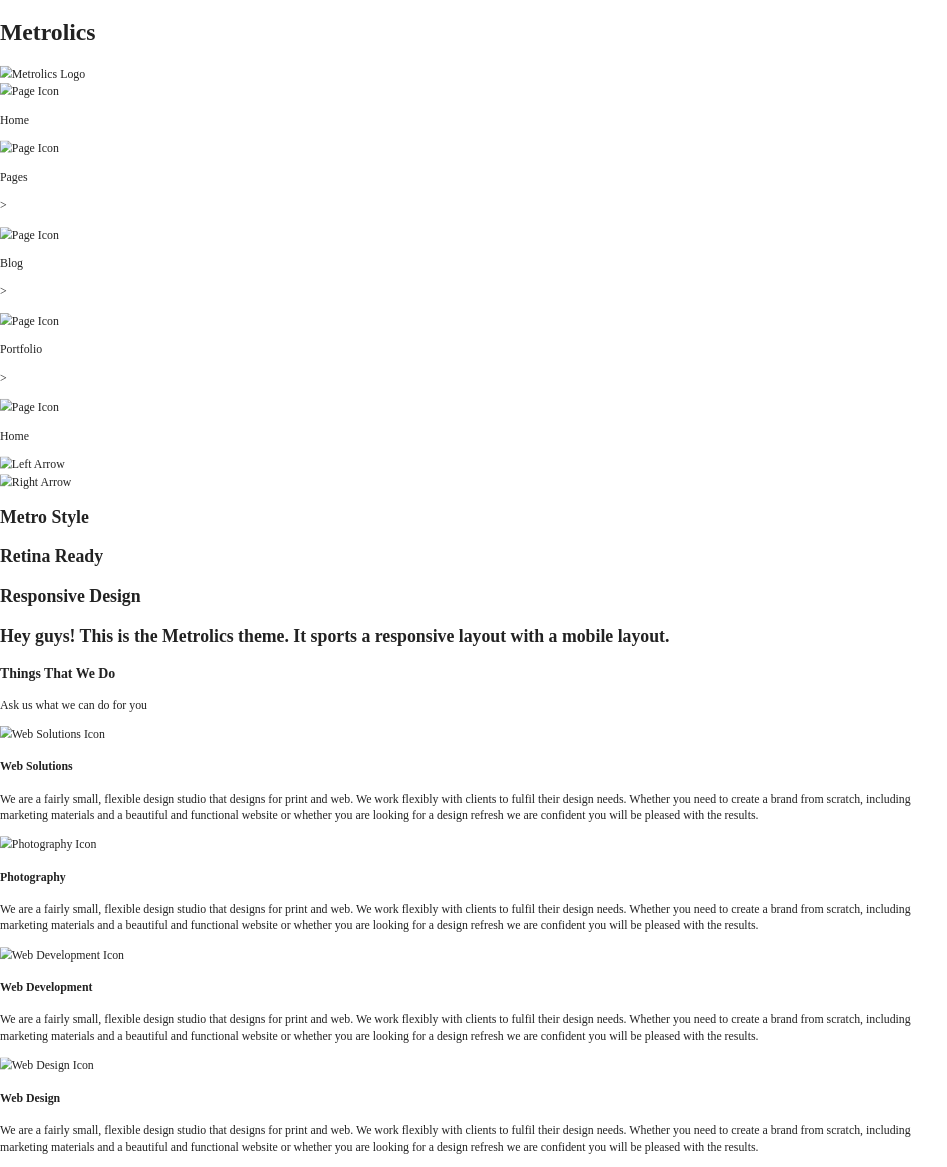
Repository: wilyyy/metrolics
Page: index.html
An editor plug-in stored every save of this project. The page is shown before and after the next save, followed by the edit.
The browser window is 1280 px wide. The pictures show the whole page, at 74% of full size.

Above is the page before, as saved 2021-01-26 23:36:32.

### index.html
<!doctype html>
<html class="no-js" lang="">

<head>
  <meta charset="utf-8">
  <title>Home - Metrolics</title>
  <meta name="description" content="">
  <meta name="viewport" content="width=device-width, initial-scale=1">

  <meta property="og:title" content="">
  <meta property="og:type" content="">
  <meta property="og:url" content="">
  <meta property="og:image" content="">

  <link rel="manifest" href="site.webmanifest">
  <link rel="apple-touch-icon" href="icon.png">
  <!-- Place favicon.ico in the root directory -->

  <link rel="stylesheet" href="css/normalize.css">
  <link rel="stylesheet" href="css/main.css">

  <meta name="theme-color" content="#fafafa">
</head>

<body>

  <nav>
    <div class="logo">
      <h1 class="logo">Metrolics</h1>
      <img src="" alt="Metrolics Logo">
    </div>

    <div class="pages-container">
      <div class="page-button home">
        <img src="" alt="Page Icon" class="page-button-icon">
        <div>
          <p>Home</p>
        </div>
      </div>
      <div class="page-button pages">
        <img src="" alt="Page Icon" class="page-button-icon">
        <div>
          <p>Pages</p>
          <p>></p>
        </div>
      </div>
      <div class="page-button blog">
        <img src="" alt="Page Icon" class="page-button-icon">
        <div>
          <p>Blog</p>
          <p>></p>
        </div>
      </div>
      <div class="page-button portfolio">
        <img src="" alt="Page Icon" class="page-button-icon">
        <div>
          <p>Portfolio</p>
          <p>></p>
        </div>
      </div>
      <div class="page-button home-darkblue">
        <img src="" alt="Page Icon" class="page-button-icon">
        <div>
          <p>Home</p>
        </div>
      </div>
    </div>
  </nav>


  <header>
    <div class="column"></div>

    <div class="hero-image">
      <div class="arrow-containers">
        <div class="arrows">
          <img src="" alt="Left Arrow">
        </div>
        <div class="arrows">
          <img src="" alt="Right Arrow">
        </div>
      </div>
      <div class="header-info">
        <div class="header-info-container">
          <div class="header-info-indicator indicator-blue"></div>
          <h2>Metro Style</h2>
        </div>
        <div class="header-info-container">
          <div class="header-info-indicator indicator-salmon"></div>
          <h2>Retina Ready</h2>
        </div>
        <div class="header-info-container">
          <div class="header-info-indicator indicator-yellow"></div>
          <h2>Responsive Design</h2>
        </div>
      </div>
    </div>

    <div class="column"></div>
  </header>


  <main>
    <h2>Hey guys! This is the Metrolics theme.
      It sports a responsive layout with a mobile layout.
    </h2>

    <section>
      <div>
        <h3>Things That We Do</h3>
        <p>Ask us what we can do for you</p>
      </div>

      <div class="services-container">
        <div class="service">
          <img src="" alt="Web Solutions Icon">
          <h4>Web Solutions</h4>
          <p>We are a fairly small, flexible design studio that designs for print and web. We work flexibly
            with clients to fulfil their design needs. Whether you need to create a brand from scratch, including marketing materials and a beautiful and
            functional website or whether you are looking for a design refresh we are confident you will be pleased with the results.
          </p>
        </div>
      </div>

      <div class="services-container">
        <div class="service">
          <img src="" alt="Photography Icon">
          <h4>Photography</h4>
          <p>We are a fairly small, flexible design studio that designs for print and web. We work flexibly
            with clients to fulfil their design needs. Whether you need to create a brand from scratch, including marketing materials and a beautiful and
            functional website or whether you are looking for a design refresh we are confident you will be pleased with the results.
          </p>
        </div>
      </div>

      <div class="services-container">
        <div class="service">
          <img src="" alt="Web Development Icon">
          <h4>Web Development</h4>
          <p>We are a fairly small, flexible design studio that designs for print and web. We work flexibly
            with clients to fulfil their design needs. Whether you need to create a brand from scratch, including marketing materials and a beautiful and
            functional website or whether you are looking for a design refresh we are confident you will be pleased with the results.
          </p>
        </div>
      </div>

      <div class="services-container">
        <div class="service">
          <img src="" alt="Web Design Icon">
          <h4>Web Design</h4>
          <p>We are a fairly small, flexible design studio that designs for print and web. We work flexibly
            with clients to fulfil their design needs. Whether you need to create a brand from scratch, including marketing materials and a beautiful and
            functional website or whether you are looking for a design refresh we are confident you will be pleased with the results.
          </p>
        </div>
      </div>
    </section>

    <section>

    </section>
  </main>


  <footer></footer>


  <script src="js/vendor/modernizr-3.11.2.min.js"></script>
  <script src="js/plugins.js"></script>
  <script src="js/main.js"></script>

  <!-- Google Analytics: change UA-XXXXX-Y to be your site's ID. -->
  <script>
    window.ga = function () { ga.q.push(arguments) }; ga.q = []; ga.l = +new Date;
    ga('create', 'UA-XXXXX-Y', 'auto'); ga('set', 'anonymizeIp', true); ga('set', 'transport', 'beacon'); ga('send', 'pageview')
  </script>
  <script src="https://www.google-analytics.com/analytics.js" async></script>
</body>

</html>

### css/main.css
/*! HTML5 Boilerplate v8.0.0 | MIT License | https://html5boilerplate.com/ */

/* main.css 2.1.0 | MIT License | https://github.com/h5bp/main.css#readme */
/*
 * What follows is the result of much research on cross-browser styling.
 * Credit left inline and big thanks to Nicolas Gallagher, Jonathan Neal,
 * Kroc Camen, and the H5BP dev community and team.
 */

/* ==========================================================================
   Base styles: opinionated defaults
   ========================================================================== */

html {
  color: #222;
  font-size: 1em;
  line-height: 1.4;
}

/*
 * Remove text-shadow in selection highlight:
 * https://twitter.com/miketaylr/status/12228805301
 *
 * Vendor-prefixed and regular ::selection selectors cannot be combined:
 * https://stackoverflow.com/a/16982510/7133471
 *
 * Customize the background color to match your design.
 */

::-moz-selection {
  background: #b3d4fc;
  text-shadow: none;
}

::selection {
  background: #b3d4fc;
  text-shadow: none;
}

/*
 * A better looking default horizontal rule
 */

hr {
  display: block;
  height: 1px;
  border: 0;
  border-top: 1px solid #ccc;
  margin: 1em 0;
  padding: 0;
}

/*
 * Remove the gap between audio, canvas, iframes,
 * images, videos and the bottom of their containers:
 * https://github.com/h5bp/html5-boilerplate/issues/440
 */

audio,
canvas,
iframe,
img,
svg,
video {
  vertical-align: middle;
}

/*
 * Remove default fieldset styles.
 */

fieldset {
  border: 0;
  margin: 0;
  padding: 0;
}

/*
 * Allow only vertical resizing of textareas.
 */

textarea {
  resize: vertical;
}

/* ==========================================================================
   Author's custom styles
   ========================================================================== */

/* ==========================================================================
   Helper classes
   ========================================================================== */

/*
 * Hide visually and from screen readers
 */

.hidden,
[hidden] {
  display: none !important;
}

/*
 * Hide only visually, but have it available for screen readers:
 * https://snook.ca/archives/html_and_css/hiding-content-for-accessibility
 *
 * 1. For long content, line feeds are not interpreted as spaces and small width
 *    causes content to wrap 1 word per line:
 *    https://medium.com/@jessebeach/beware-smushed-off-screen-accessible-text-5952a4c2cbfe
 */

.sr-only {
  border: 0;
  clip: rect(0, 0, 0, 0);
  height: 1px;
  margin: -1px;
  overflow: hidden;
  padding: 0;
  position: absolute;
  white-space: nowrap;
  width: 1px;
  /* 1 */
}

/*
 * Extends the .sr-only class to allow the element
 * to be focusable when navigated to via the keyboard:
 * https://www.drupal.org/node/897638
 */

.sr-only.focusable:active,
.sr-only.focusable:focus {
  clip: auto;
  height: auto;
  margin: 0;
  overflow: visible;
  position: static;
  white-space: inherit;
  width: auto;
}

/*
 * Hide visually and from screen readers, but maintain layout
 */

.invisible {
  visibility: hidden;
}

/*
 * Clearfix: contain floats
 *
 * For modern browsers
 * 1. The space content is one way to avoid an Opera bug when the
 *    `contenteditable` attribute is included anywhere else in the document.
 *    Otherwise it causes space to appear at the top and bottom of elements
 *    that receive the `clearfix` class.
 * 2. The use of `table` rather than `block` is only necessary if using
 *    `:before` to contain the top-margins of child elements.
 */

.clearfix::before,
.clearfix::after {
  content: " ";
  display: table;
}

.clearfix::after {
  clear: both;
}

/* ==========================================================================
   EXAMPLE Media Queries for Responsive Design.
   These examples override the primary ('mobile first') styles.
   Modify as content requires.
   ========================================================================== */

@media only screen and (min-width: 35em) {
  /* Style adjustments for viewports that meet the condition */
}

@media print,
  (-webkit-min-device-pixel-ratio: 1.25),
  (min-resolution: 1.25dppx),
  (min-resolution: 120dpi) {
  /* Style adjustments for high resolution devices */
}

/* ==========================================================================
   Print styles.
   Inlined to avoid the additional HTTP request:
   https://www.phpied.com/delay-loading-your-print-css/
   ========================================================================== */

@media print {
  *,
  *::before,
  *::after {
    background: #fff !important;
    color: #000 !important;
    /* Black prints faster */
    box-shadow: none !important;
    text-shadow: none !important;
  }

  a,
  a:visited {
    text-decoration: underline;
  }

  a[href]::after {
    content: " (" attr(href) ")";
  }

  abbr[title]::after {
    content: " (" attr(title) ")";
  }

  /*
   * Don't show links that are fragment identifiers,
   * or use the `javascript:` pseudo protocol
   */
  a[href^="#"]::after,
  a[href^="javascript:"]::after {
    content: "";
  }

  pre {
    white-space: pre-wrap !important;
  }

  pre,
  blockquote {
    border: 1px solid #999;
    page-break-inside: avoid;
  }

  /*
   * Printing Tables:
   * https://web.archive.org/web/20180815150934/http://css-discuss.incutio.com/wiki/Printing_Tables
   */
  thead {
    display: table-header-group;
  }

  tr,
  img {
    page-break-inside: avoid;
  }

  p,
  h2,
  h3 {
    orphans: 3;
    widows: 3;
  }

  h2,
  h3 {
    page-break-after: avoid;
  }
}

### js/plugins.js
// Avoid `console` errors in browsers that lack a console.
(function() {
  var method;
  var noop = function () {};
  var methods = [
    'assert', 'clear', 'count', 'debug', 'dir', 'dirxml', 'error',
    'exception', 'group', 'groupCollapsed', 'groupEnd', 'info', 'log',
    'markTimeline', 'profile', 'profileEnd', 'table', 'time', 'timeEnd',
    'timeline', 'timelineEnd', 'timeStamp', 'trace', 'warn'
  ];
  var length = methods.length;
  var console = (window.console = window.console || {});

  while (length--) {
    method = methods[length];

    // Only stub undefined methods.
    if (!console[method]) {
      console[method] = noop;
    }
  }
}());

// Place any jQuery/helper plugins in here.

Loaded but not shown: css/normalize.css (library); js/vendor/modernizr-3.11.2.min.js (library); js/main.js (no stored copy; drawn as an empty file)

After the next save:
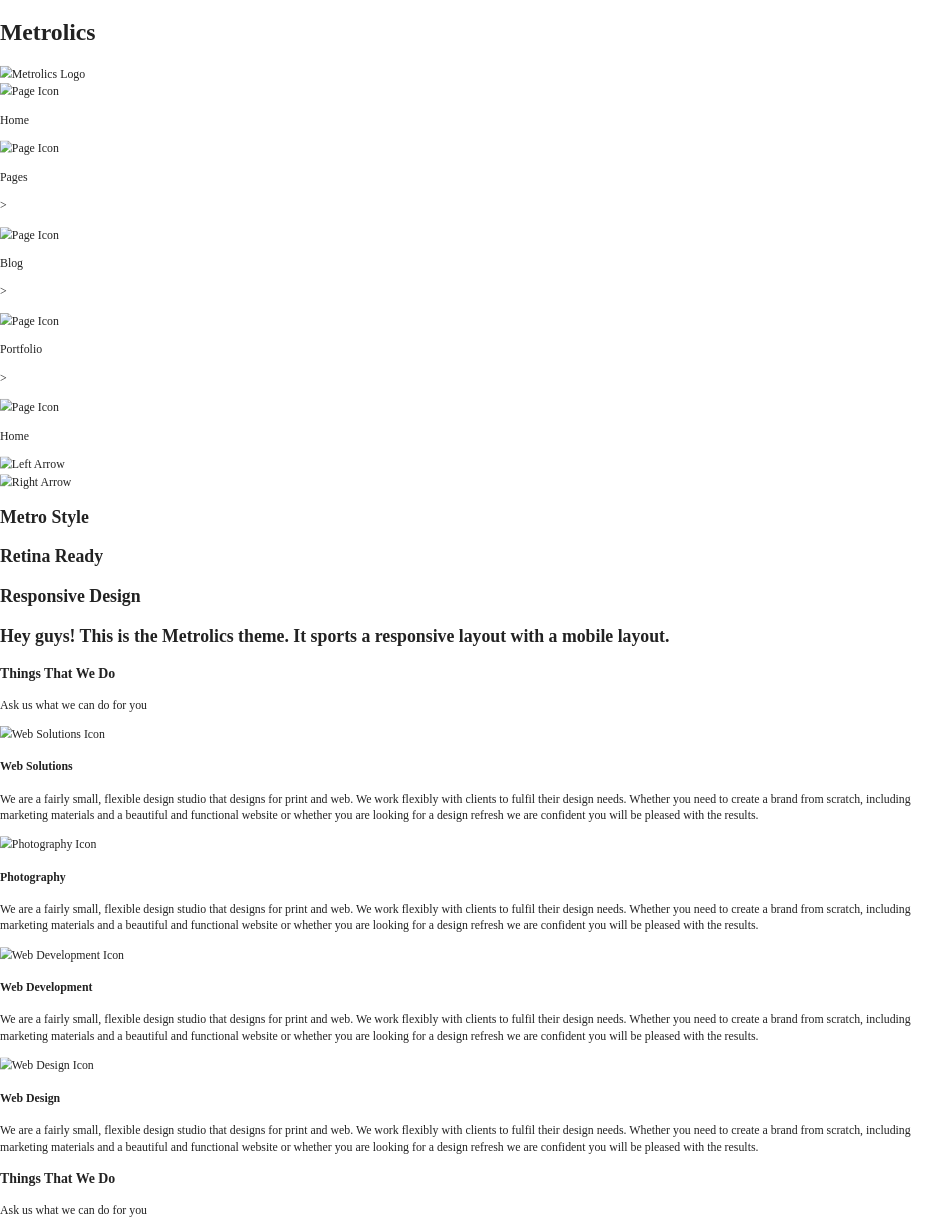
Saved 57 s later.
--- a/index.html
+++ b/index.html
@@ -157,7 +157,10 @@
     </section>
 
     <section>
-
+      <div>
+        <h3>Things That We Do</h3>
+        <p>Ask us what we can do for you</p>
+      </div>
     </section>
   </main>
 
